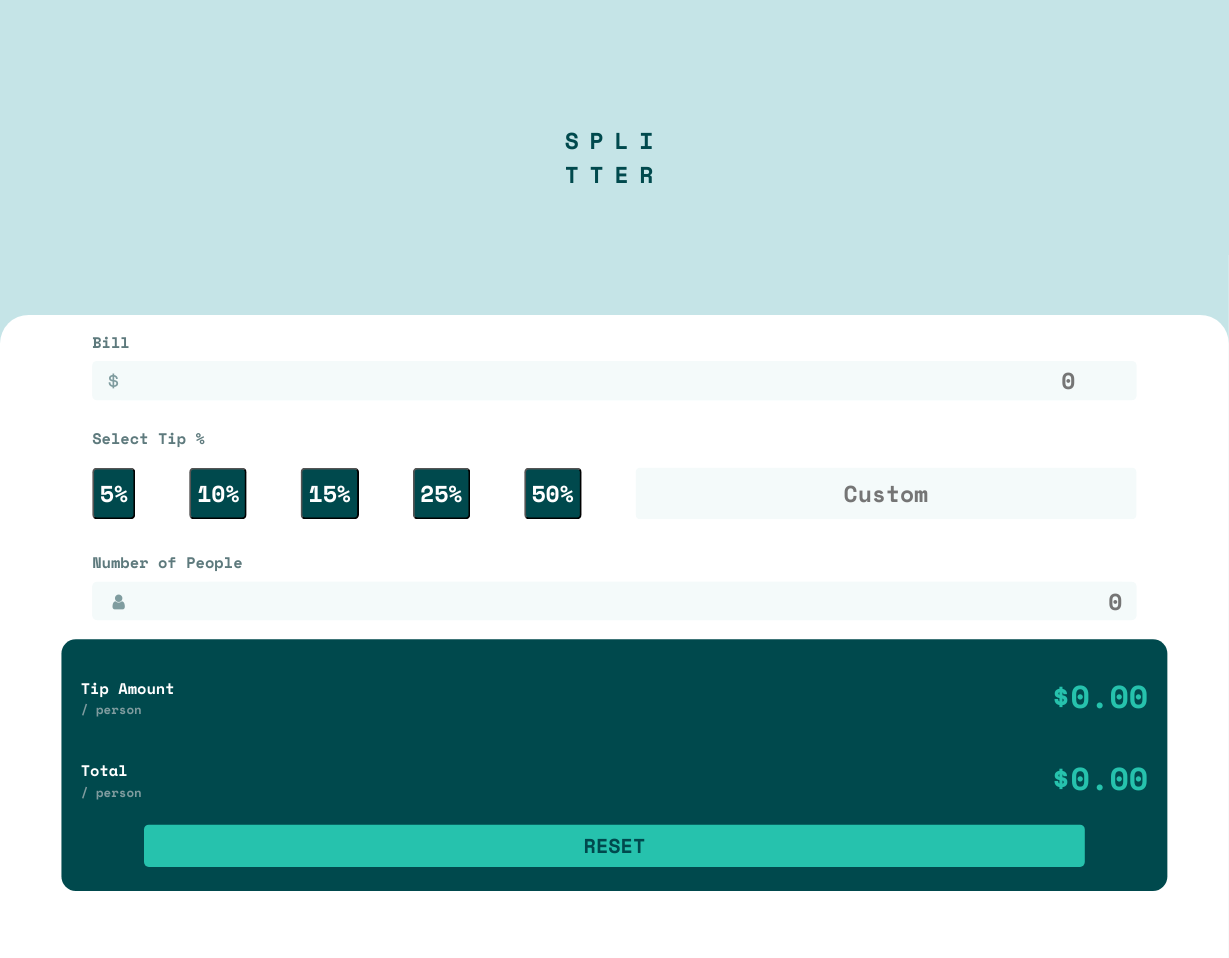
Repository: WindOfCodes/Tip_calculator
Page: index.html
The author's editor kept a copy of each file at every save. The page is drawn from the files as they stood at one save, then again after a run of saves.
The browser window is 1280 px wide. The pictures show the whole page, at 96% of full size.
The pointer rests on the first visible `.tipBtn`.
The style sheet was rebuilt from its Sass, Less or Tailwind sources for each picture, by a compiler version that may differ from the author's.

Above is the page before, as saved 2023-01-24 14:45:20.

After the next 4 saves:
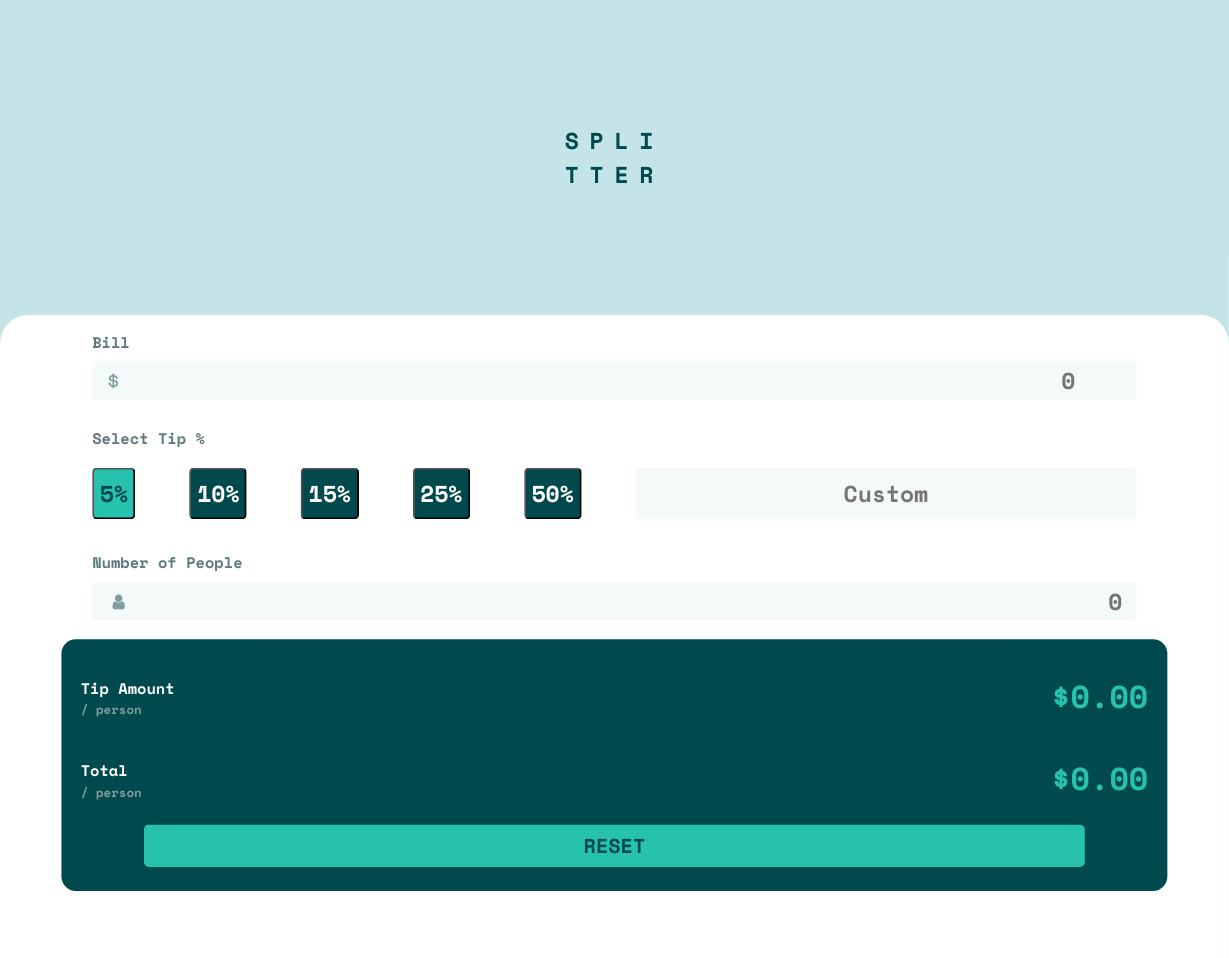
The 4 saves are shown as one change because they came seconds apart.
The last was saved 30 s later.
--- a/src/sass/_card.scss
+++ b/src/sass/_card.scss
@@ -84,6 +84,11 @@
       // width: 0;
     }
 
+    .tipBtn:hover {
+      background-color: $SweetGreen;
+      color: $Verydarkcyan;
+    }
+
     .tipBtn:active {
       background-color: $SweetGreen;
       color: $Verydarkcyan;
